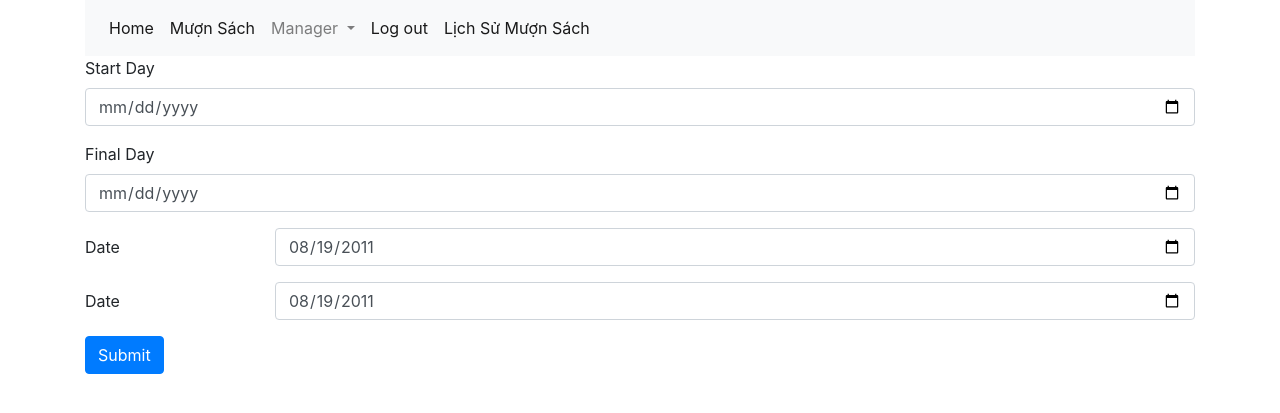
Repository: nguyenquocvuong010195/Jsp-Servlet
Page: http://localhost/JSP-Servlet-Buy/SearchDayServlet
These files come from the project's save history. The page is drawn as it stood at one moment and after the next save; the edit follows.
The browser window is 1280 px wide. The pictures show the whole page.
The page is served by Tomcat 9.

Above is the page before, as saved 2020-08-03 10:11:43.

After the next save:
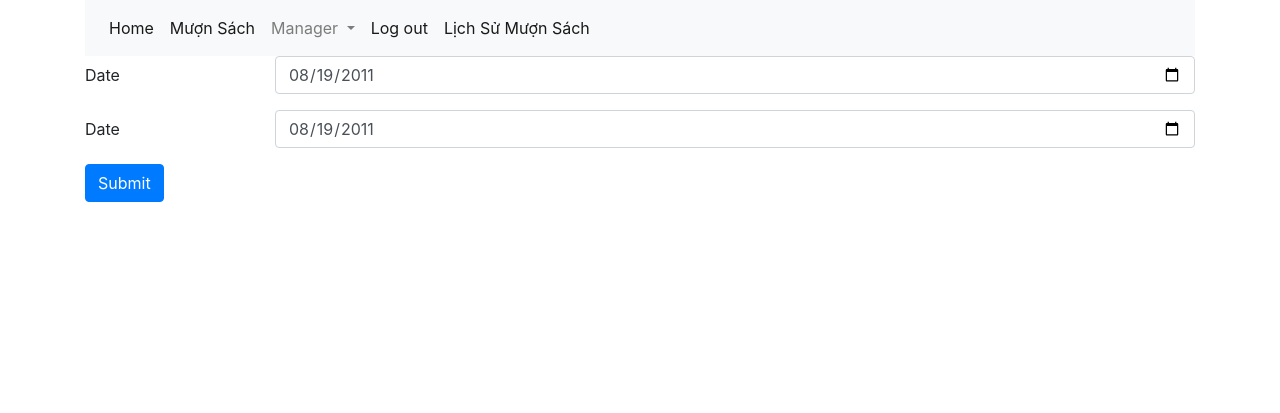
Saved 8 s later.
--- a/JSP-Servlet/JSP-Servlet-Buy/WebContent/searchDay.jsp
+++ b/JSP-Servlet/JSP-Servlet-Buy/WebContent/searchDay.jsp
@@ -24,17 +24,6 @@
 	<div class=container>
 		<%@ include file="header.jsp"%>
 		<form action="SearchDayServlet" method="POST">
-			<div class="form-group">
-				<label for="formGroupExampleInput">Start Day </label> <input
-					type="date" class="form-control" name="bf"
-					id="formGroupExampleInput" placeholder="Example input">
-			</div>
-			<div class="form-group">
-				<label for="formGroupExampleInput2">Final Day</label> <input
-					type="date" class="form-control" name="at"
-					id="formGroupExampleInput2" placeholder="Another input">
-			</div>
-
 			<div class="form-group row">
 				<label for="example-date-input" class="col-2 col-form-label">Date</label>
 				<div class="col-10">
